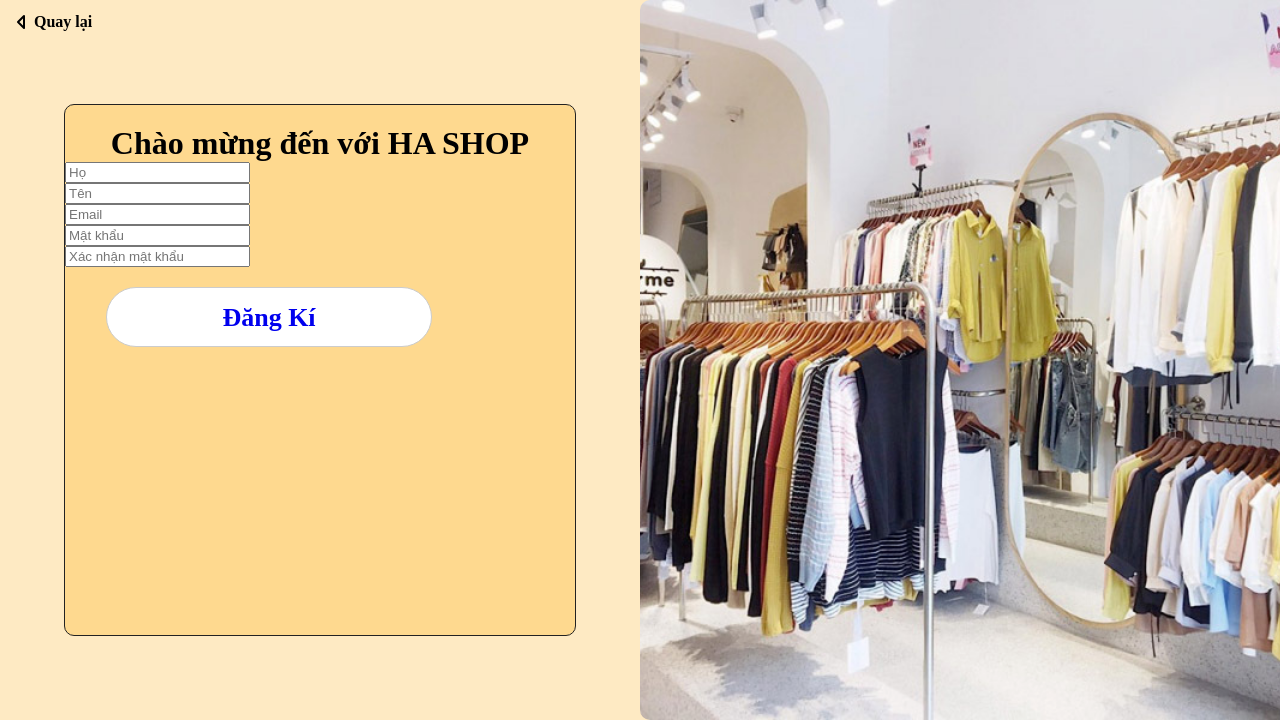
Repository: manhhieu120499/Project_ShopQuanAo
Page: html/dang_ki.html
These files come from the project's save history. The page is drawn as it stood at one moment and after the next save; the edit follows.
The browser window is 1280 px wide. The pictures show the whole page.

Above is the page before, as saved 2023-04-01 10:50:33.

### html/dang_ki.html
<!DOCTYPE html>
<html lang="en">
<head>
    <meta charset="UTF-8">
    <meta http-equiv="X-UA-Compatible" content="IE=edge">
    <meta name="viewport" content="width=device-width, initial-scale=1.0">
    <title>Document</title>
    <link rel="stylesheet" href="/css/style_dangki.css">
</head>
<body>
    <div class="wrapper">
        <div class="left">
             <div class="go_back">
                <svg xmlns="http://www.w3.org/2000/svg" class="icon icon-tabler icon-tabler-caret-left" width="24" height="24" viewBox="0 0 24 24" stroke-width="2" stroke="currentColor" fill="none" stroke-linecap="round" stroke-linejoin="round">
                    <path stroke="none" d="M0 0h24v24H0z" fill="none"></path>
                    <path d="M14 6l-6 6l6 6v-12"></path>
                 </svg>
                <p><b>Quay lại</b></p>
             </div>

             <div class="content">
                <h1>Chào mừng đến với HA SHOP</h1>
                <form action="">
                    <div class="item">
                        <input type="text" placeholder="Họ">
                    </div>

                    <div class="item">
                        <input type="text" placeholder="Tên">
                    </div>

                    <div class="item">
                        <input type="text" placeholder="Email">
                    </div>

                    <div class="item">
                        <input type="text" placeholder="Mật khẩu">
                    </div>

                    <div class="item">
                        <input type="text" placeholder="Xác nhận mật khẩu">
                    </div>

                    <a href="#">Đăng Kí</a>
                </form>

             </div>
        </div>
        <div class="right">
            <img src="/image/image_dangki/dangki.png" alt="picture_shop">
        </div>
    </div>
</body>
</html>

### css/style_dangki.css
* {
    margin: 0;
    box-sizing: border-box;
}

.wrapper {
    width: 100%;
    height: 100vh;
    display: flex;
    justify-content: space-between;
    background-color: #FEEAC3;
    padding: 0;
}

.left {
    width: 50%;
    height: 100%;
}

.left .go_back {
    width: 250px;
    display: flex;
    align-items: center;
    margin: 10px;
}

.left .content {
    width: 80%;
    height: 532px;
    border-radius: 10px;
    background-color: #FED98F;
    margin: 70px auto;
    padding: 0;
    display: flex;
    flex-direction: column;
    border: 1px solid #222;
}

.left .content h1 {
   text-align: center;
   margin-top: 20px;
}

.right {
    width: 50%;
    height: 100%;
    overflow: hidden;
}

.right > img {
    object-fit: cover;
    border-radius: 10px 0 0 10px;
    width: 100%;
    height: 100%;
}

.content form {
    width: 80%;
    height: 90%;
    display: flex;
    flex-direction: column;
    margin: 1;
}




form > a {
    margin: 20px auto 5px;
    text-decoration: none;
    width: 80%;
    height: 60px;
    text-align: center;
    line-height: 60px;
    border: 1px solid #ccc;
    border-radius: 40px;
    font-size: 26px;
    background-color: white;
    font-weight: 700;
}

After the next save:
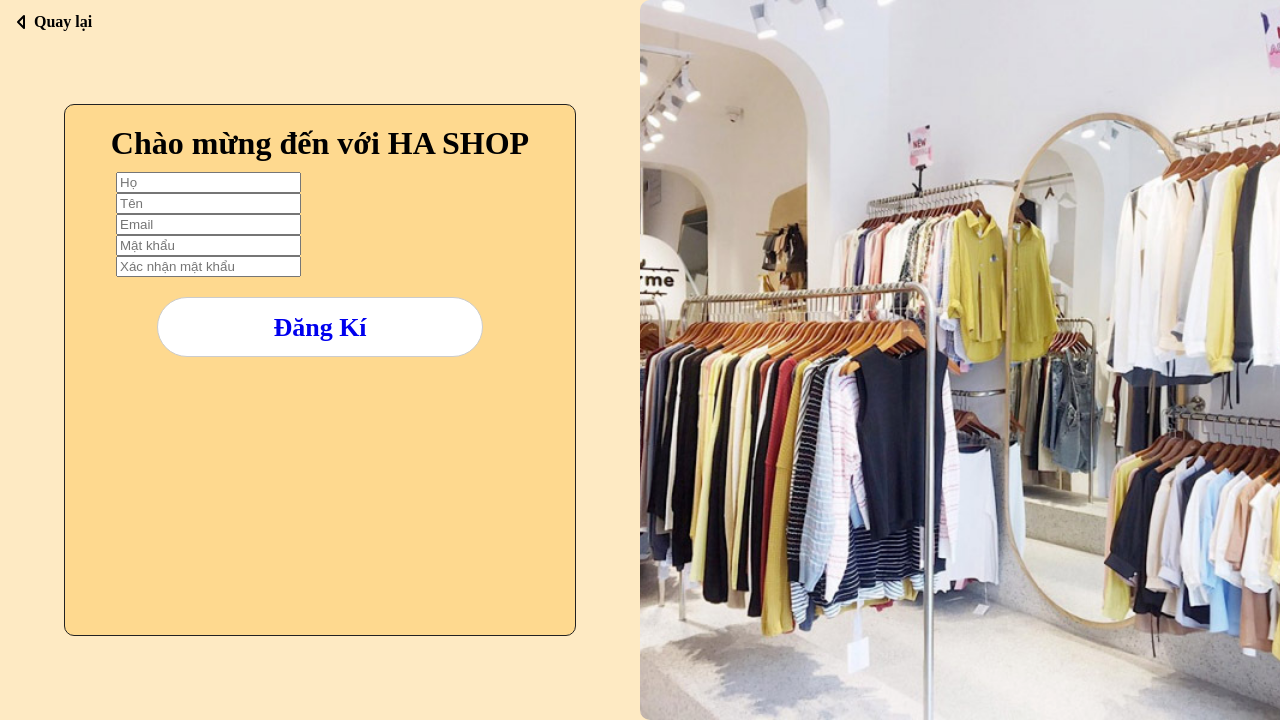
Saved 5 s later.
--- a/css/style_dangki.css
+++ b/css/style_dangki.css
@@ -59,7 +59,7 @@
     height: 90%;
     display: flex;
     flex-direction: column;
-    margin: 1;
+    margin: 10px auto;
 }
 
 
